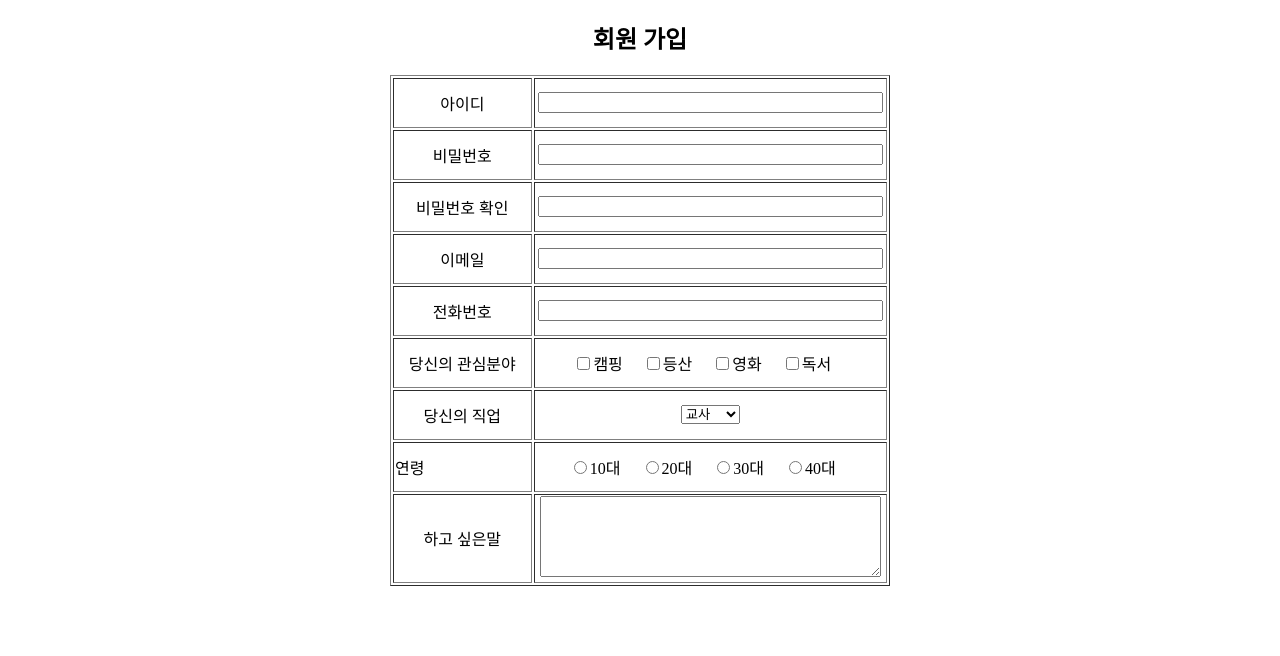
Repository: SuperHamzzi/JSPStudy
Page: http://localhost/JSP01/RequestJoin.jsp
An editor plug-in stored every save of this project. The page is shown before and after the next save, followed by the edit.
The browser window is 1280 px wide. The pictures show the whole page.
The page is served by Tomcat 9.

Above is the page before, as saved 2023-06-04 11:07:51.

After the next save:
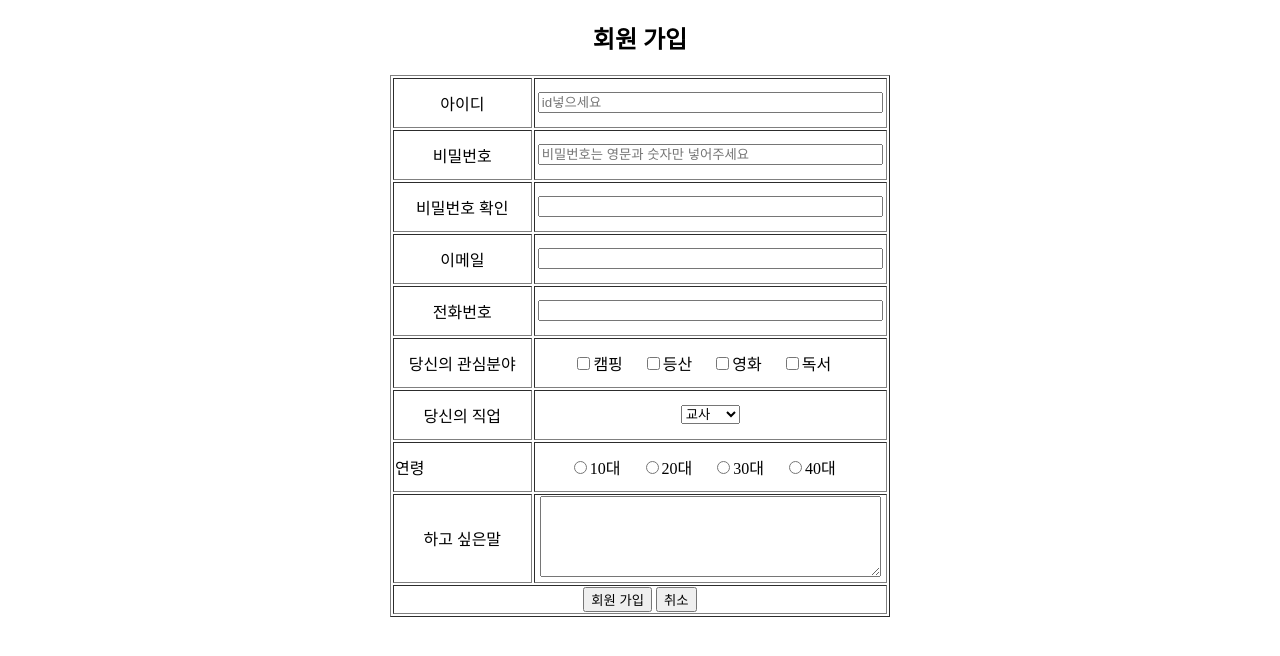
Saved 71 s later.
--- a/JSP01/WebContent/RequestJoin.jsp
+++ b/JSP01/WebContent/RequestJoin.jsp
@@ -15,13 +15,13 @@
 	<tr height="50">
 		<td width="150" align="center"> 아이디</td>
 		<td width="350" align="center" >
-		<input type="text" name="id" size="40">
+		<input type="text" name="id" size="40" placeholder="id넣으세요">
 		</td>
 	</tr>
 	<tr height="50">
 		<td width="150" align="center"> 비밀번호</td>
 		<td width="350" align="center">
-		<input type="password" align="center" name="pass" size="40">
+		<input type="password" align="center" name="pass1" size="40" placeholder="비밀번호는 영문과 숫자만 넣어주세요">
 		</td>
 	</tr>
 	<tr height="50">
@@ -39,7 +39,7 @@
 	<tr height="50">
 		<td width="150" align="center"> 전화번호</td>
 		<td width="350" align="center">
-		<input type="tell"  name="id" size="40">
+		<input type="tell"  name="tell" size="40">
 		</td>
 	</tr>
 	<tr height="50">
@@ -83,6 +83,12 @@
 	<textarea rows="5" cols="40" name="info"></textarea>
 	</td>
 	</tr>
+	<tr heigth="50">
+		<td align="center" colspan="2">
+		<input type="submit" value="회원 가입">
+		<input type="reset" value="취소">
+		</td>
+	</tr>
 	</table>
 	</form>
 	</center>
